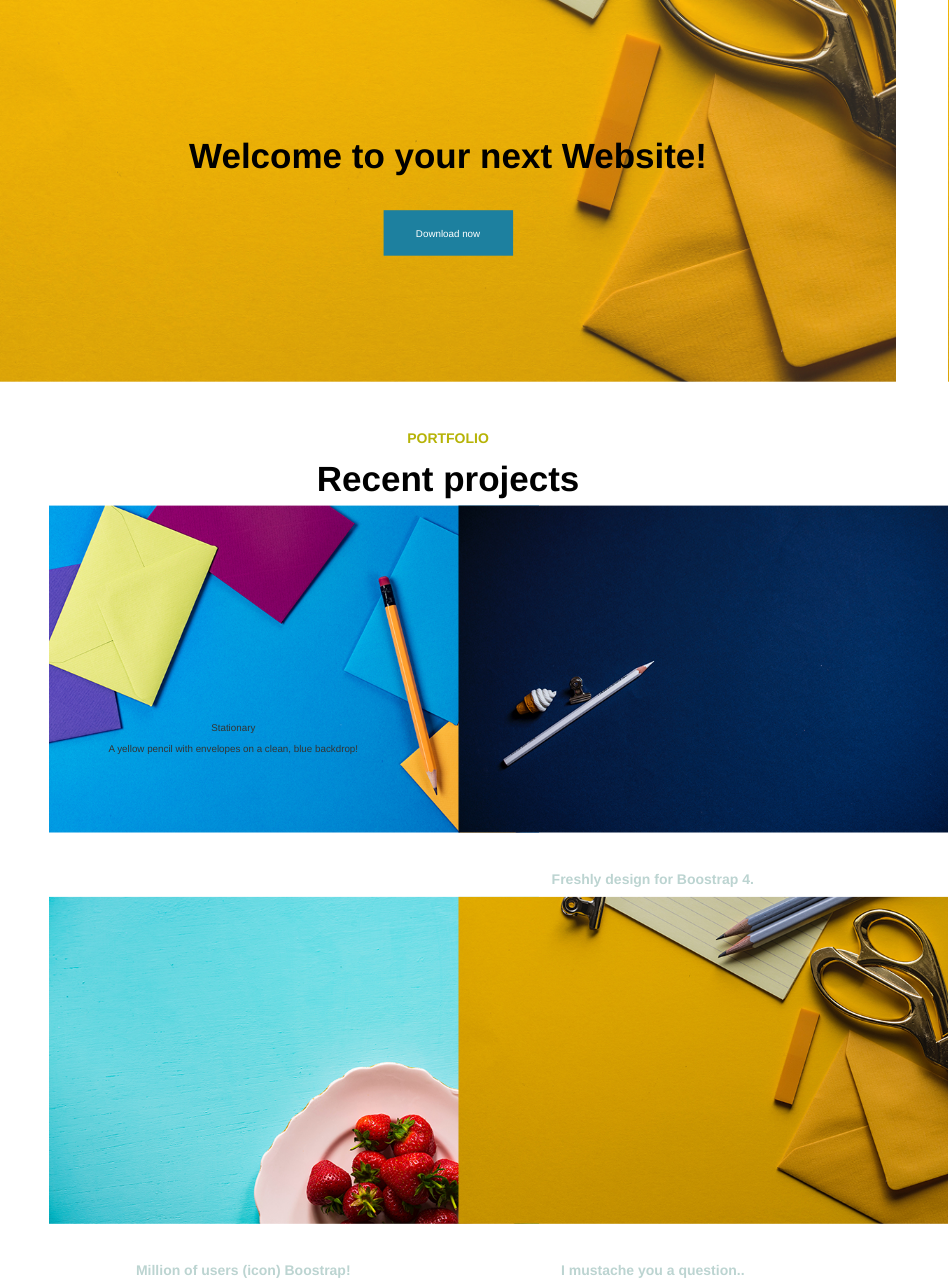
Repository: codin-full-stack/tomasz
Page: http://localhost/tomasz/portfolio/index.php
These files come from the project's save history. The page is drawn as it stood at one moment and after the next save; the edit follows.
The browser window is 1280 px wide. The page is 1355 px wide, so the pictures cover 1355 px, including what lies to the right of the window. The pictures show the part of the page from y = 1885 to 3725 px (the page is 3725 px tall before and 3634 px after), at 70% of full size.
Some web libraries are served in a nearby version. The page is run by PHP 8.4 with error messages shown; the project is at /var/www/html/.

Above is the page before, as saved 2018-10-23 09:12:18.

### portfolio/index.php
<!DOCTYPE html>
<html lang="en">
  <head>
    <meta charset="utf-8">
    <meta name="viewport" content="width=device-width, initial-scale=1, shrink-to-fit=no">
    <link rel="stylesheet" href="styles.css">
    <!-- Latest compiled and minified CSS -->
    <link rel="stylesheet" href="https://maxcdn.bootstrapcdn.com/bootstrap/3.3.7/css/bootstrap.min.css">
    <link rel="stylesheet" href="https://use.fontawesome.com/releases/v5.4.1/css/all.css" integrity="sha384-5sAR7xN1Nv6T6+dT2mhtzEpVJvfS3NScPQTrOxhwjIuvcA67KV2R5Jz6kr4abQsz" crossorigin="anonymous">
    <!-- jQuery library -->
    <script src="https://ajax.googleapis.com/ajax/libs/jquery/3.3.1/jquery.min.js"></script>
    <!-- Latest compiled JavaScript -->
    <script src="https://maxcdn.bootstrapcdn.com/bootstrap/3.3.7/js/bootstrap.min.js"></script>
  </head>

<body>
    <section class="first">
      <div class="container-fluid flex">
        <div class="textbox">
        <h1 class="maintext">Stylish portfolio</h1>
        <h2 class="secondtext"><i>A free Bootstrap Theme by Start Bootstrap</i></h2>
        <button class="button">Find Out More</button>
        </div>
      </div>
    </section>

    <section class="second">
      <div class="container-fluid flex">
        <div class="textbox2">
          <h1 class="maintext2">Stylish portfolio is the perfect theme for your next project!</h1>
          <h2 class="secondtext2"><i>This theme features is flexible, UX friendly sidebar menu and stock photos from your friends at Unsplash!</i></h2>
          <button class="button2">What We Offer</button>
        </div>
      </div>
    </section>

    <section class="third">
      <div class="container flex">
        <div class="textbox3">
        <h2 class="secondtext3">SERVICES</h2>
        <h1 class="maintext3">What We Offer</h1>
          <div class="row">
              <div class="col-md-3">
                <div class="iconframe"></div>
                <p class="maintext4">Responsive</p>
                <p class="secondtext4">Looks great on any screen size!</p>
              </div>
              <div class="col-md-3">
              <div class="iconframe"></div>
                <p class="maintext4">Redesigned</p>
                <p class="secondtext4">Freshly design for Boostrap 4.</p>
              </div>
              <div class="col-md-3">
                <div class="iconframe"></div>
                  <p class="maintext4">Favorited</p>
                  <p class="secondtext4">Million of users (icon) Boostrap!</p>

              </div>
              <div class="col-md-3">
                <div class="iconframe"></div>
                  <p class="maintext4">Question</p>
                  <p class="secondtext4">I mustache you a question..</p>
              </div>
            </div>
        </div>
      </div>
    </section>

        <section class="fourth">
      <div class="container-fluid flex">
        <div class="textbox4">
        <h1 class="maintext5">Welcome to your next Website!</h1>
        <button class="button">Download now</button>
        </div>
      </div>
    </section>

<section class="fifth">
      <div class="container flex">
        <div class="textbox5">
        <h2 class="secondtext5">PORTFOLIO</h2>
        <h1 class="maintext5">Recent projects</h1>
          <div class="row">
              <div class="col-md-6">
                <img src="images/portfolio-1.jpg" alt="">
                  <div class="photobox">
                  <p class="maintext6">Stationary</p>
                  <p class="secondtext6">A yellow pencil with envelopes on a clean, blue backdrop!</p>
                  </div>
              </div>
              <div class="col-md-6">
              <img src="images/portfolio-2.jpg" alt="">
                <p class="maintext4">Redesigned</p>
                <p class="secondtext4">Freshly design for Boostrap 4.</p>
              </div>
            </div>
            <div class="row">
              <div class="col-md-6">
              <img src="images/portfolio-3.jpg" alt="">


                  <p class="maintext4">Favorited</p>
                  <p class="secondtext4">Million of users (icon) Boostrap!</p>

              </div>
              <div class="col-md-6">
                <img src="images/portfolio-4.jpg" alt="">
                  <p class="maintext4">Question</p>
                  <p class="secondtext4">I mustache you a question..</p>
              </div>
            </div>
        </div>
      </div>
    </section>





</body>



























</html>

### portfolio/styles.css
body {
    /* width: 100vw;
    height: 100vh; */
}

.first {
    height: 100vh;
    display: flex;
    width: 100%;
    background-image: url("images/bg-masthead.jpg");
    background-position: left;
    background-repeat: no-repeat;
    background-size: cover;
}

.second {
    padding: 120px 0;
    background-color: #ffffff;

}
.third {
    background-color: #1d809f;
    height: 550px;
}

.fourth {
    height: 100vh;
    background-image: url("images/bg-callout.jpg");
    background-position: left;
    background-repeat: no-repeat;
    background-size: cover;
}
.fifth {
    /* height: 100vh; */

}

.textbox {
    width: 650px;
    align-self: center;
    text-align: center;
    margin: 0 auto;
}
.textbox2 {

    width: 840px;
    align-self: center;
    text-align: center;
    margin: 0 auto;
}

.textbox3 {
    padding-top: 100px;
    align-self: center;
    text-align: center;
    margin: 0 auto;
}
.textbox4 {
    padding-top: 350px;
    align-self: center;
    text-align: center;
    margin: 0 auto;
}
.textbox5 {
    padding-top: 50px;
    align-self: center;
    text-align: center;
    margin: 0 auto;
}

.first h1 {
    font-size: 85px;
}

.first h2 {
    font-size: 30px;
}

.second h1 {
    font-size: 26px;
    font-weight: 750;
}
.second h2 {
    font-size: 16px;
    font-weight: 750;
}
.third h2 {
    font-size: 20px;
    font-weight: bold;
    color: #b6b307;
}

.third h1 {
    font-size: 50px;
    font-weight: bold;
    color: #ffffff;
}
.fourth h1 {
    font-size: 50px;
    font-weight: bold;
    color: #000000;
}

.maintext4 {
    font-size: 30px;
    font-weight: bold;
    color: #ffffff;
}

.secondtext4 {
    font-size: 20px;
    font-weight: bold;
    color: #bcd4d1;
}

.fifth h2 {
    font-size: 20px;
    font-weight: bold;
    color: #b6b307;
}

.fifth h1 {
    font-size: 50px;
    font-weight: bold;
    color: #000000;
}

.container-fluid {

}

.flex {
    display: flex;
}

.button {
    width: 185px;
    height: 65px;
    background-color: #1d809f;
    border: none;
    color: #ffffff;
    align-self: center;
    margin-top: 40px;
}

.button2 {
    width: 185px;
    height: 65px;
    background-color: #000000;
    border: none;
    color: #ffffff;
    margin-top: 40px;
}

.iconframe {
    height: 120px;
    width: 120px;
    background-color: #ffffff;
    border-radius: 100%;
    display: inline-block;
}

.photobox {
    position: absolute;
    bottom: 100px;
    left: 100px;
}

After the next save:
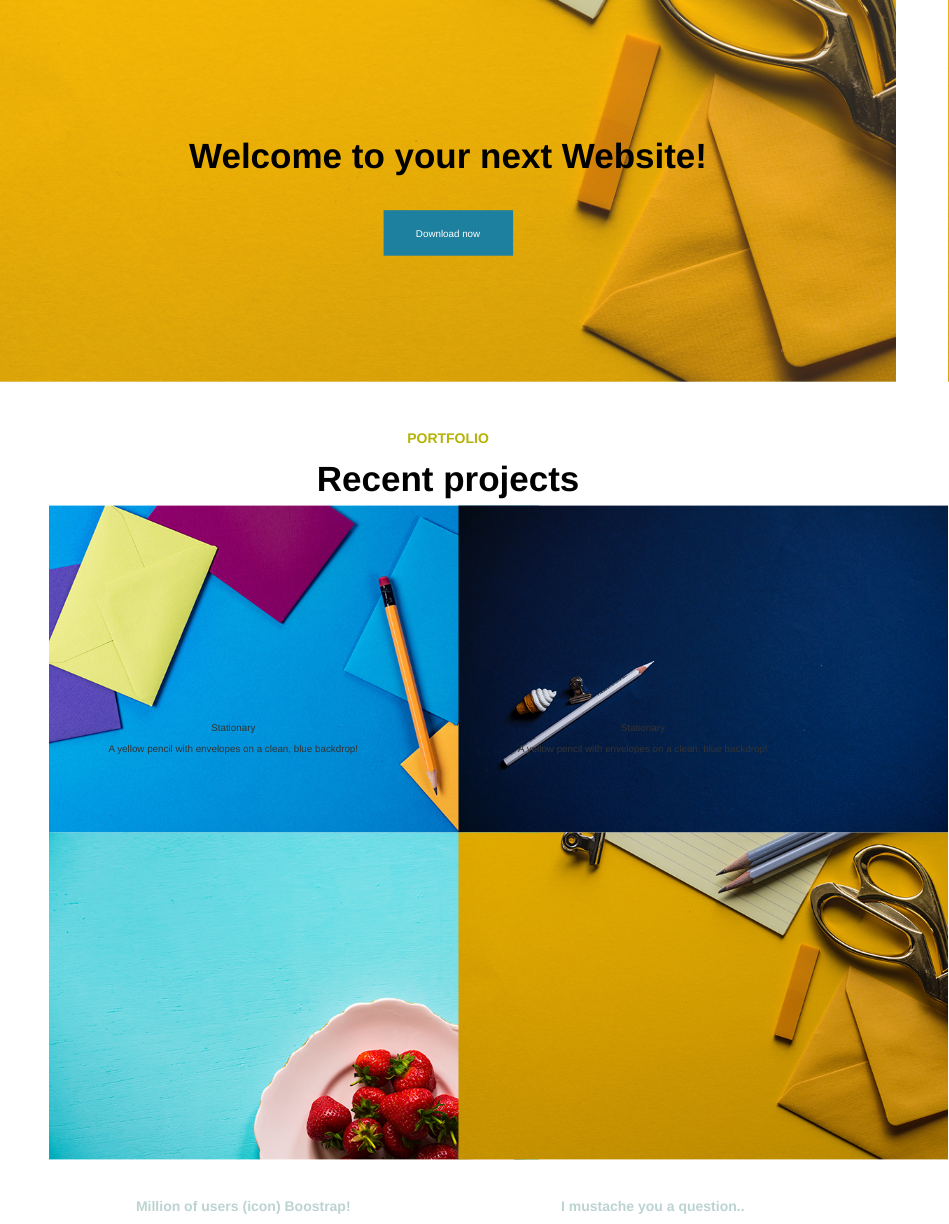
Saved 16 s later.
--- a/portfolio/index.php
+++ b/portfolio/index.php
@@ -90,8 +90,10 @@
               </div>
               <div class="col-md-6">
               <img src="images/portfolio-2.jpg" alt="">
-                <p class="maintext4">Redesigned</p>
-                <p class="secondtext4">Freshly design for Boostrap 4.</p>
+              <div class="photobox">
+                  <p class="maintext6">Stationary</p>
+                  <p class="secondtext6">A yellow pencil with envelopes on a clean, blue backdrop!</p>
+                  </div>
               </div>
             </div>
             <div class="row">
